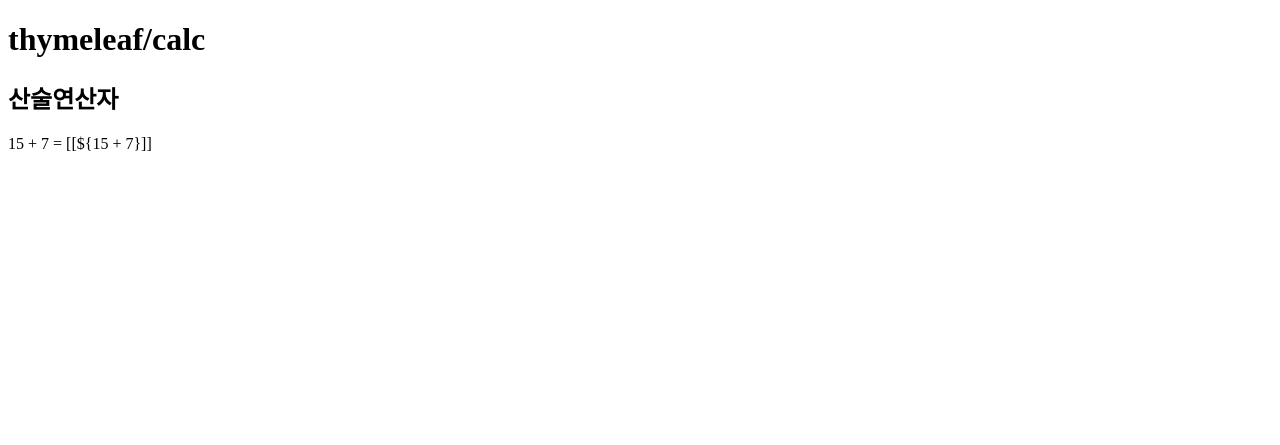
Repository: Yousehyeon/spring_work
Page: stsMvcProj/src/main/java/aaa/service/lalala.html
The author's editor kept a copy of each file at every save. The page is drawn from the files as they stood at one save, then again after the next save.
The browser window is 1280 px wide. The pictures show the whole page.

Above is the page before, as saved 2023-08-22 05:50:17.

After the next save:
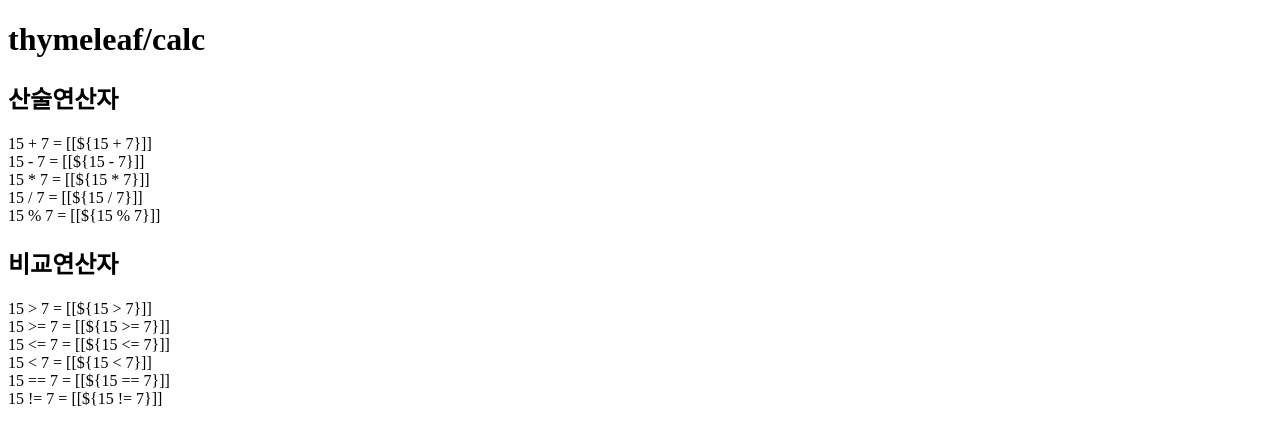
Saved 3 min 24 s later.
--- a/stsMvcProj/src/main/java/aaa/service/lalala.html
+++ b/stsMvcProj/src/main/java/aaa/service/lalala.html
@@ -8,5 +8,17 @@
 <h1>thymeleaf/calc</h1>
 <h2>산술연산자</h2>
 15 + 7 = [[${15 + 7}]]<br/>
+15 - 7 = [[${15 - 7}]]<br/>
+15 * 7 = [[${15 * 7}]]<br/>
+15 / 7 = [[${15 / 7}]]<br/>
+15 % 7 = [[${15 % 7}]]<br/>
+<h2>비교연산자</h2>
+15 > 7 = [[${15 > 7}]]<br/>
+15 >= 7 = [[${15 >= 7}]]<br/>
+15 <= 7 = [[${15 <= 7}]]<br/>
+15 < 7 = [[${15 < 7}]]<br/>
+15 == 7 = [[${15 == 7}]]<br/>
+15 != 7 = [[${15 != 7}]]<br/>
+
 </body>
 </html>
